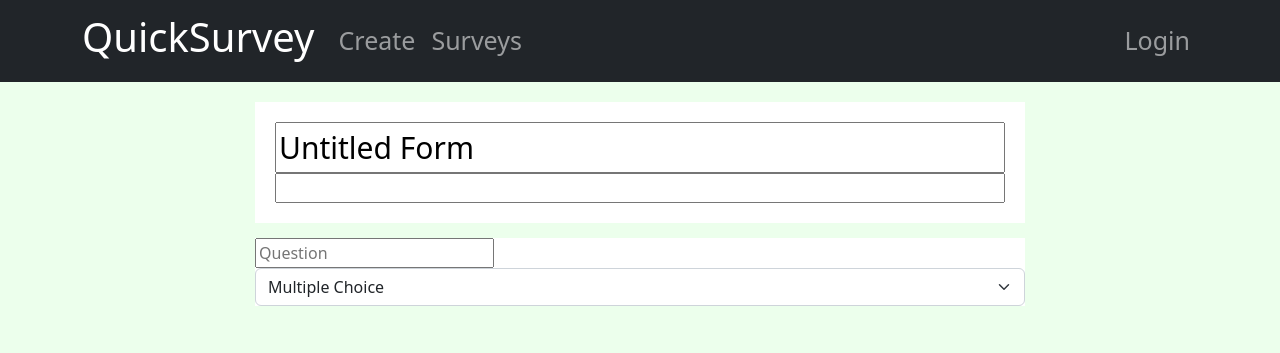
Repository: cakuang1/QuickSurveyReact
Page: /create (app in frontend/)
These files come from the project's save history. The page is drawn as it stood at one moment and after the next save; the edit follows.
The browser window is 1280 px wide. The pictures show the whole page.
The project was rebuilt for these pictures with package versions that can differ from the ones it lists, and the page was loaded fresh each time. Also part of the build but not shown: frontend/src/index.css, frontend/src/pages/home/home.js, frontend/src/pages/pastsurveys/pastsurveys.js, frontend/src/pages/login/login.js, frontend/src/pages/register/register.js.

Above is the page before, as saved 2022-07-29 03:31:48.

### frontend/src/App.js

import Navigation from './components/Nav/Nav';
import {BrowserRouter,Route,Routes} from "react-router-dom";
import Home from "./pages/home/home"
import Create from "./pages/create/create"
import CreatedSurveys from "./pages/pastsurveys/pastsurveys"
import LogRegi from "./pages/login/login"
import Register from "./pages/register/register"




function App() {
  return (
  <BrowserRouter>
    <Navigation/>
    <Routes>
      <Route path='/' element = {<Home/>}></Route>
      <Route path = 'create' element = {<Create/>}></Route>
      <Route path = 'created' element = {<CreatedSurveys/>}></Route>
      <Route path = 'login' element = {<LogRegi/>}></Route>
      <Route path = 'register' element = {<Register/>}></Route>
    </Routes>

  </BrowserRouter>

  );
}

export default App;

### frontend/src/components/Nav/Nav.js
import React,{useState} from "react";
import Nav from 'react-bootstrap/Nav';
import Navbar from 'react-bootstrap/Navbar';

import Container from 'react-bootstrap/Container';
import 'bootstrap/dist/css/bootstrap.min.css';
import {Link} from 'react-router-dom'
import "./nav.css"



export default function Navigation() {
  return (
    <Navbar collapseOnSelect expand="lg" bg="dark" variant="dark">
      <Container>
        <Navbar.Brand as={Link} to="/home">
          <h1>QuickSurvey</h1>
        </Navbar.Brand>
        <Navbar.Toggle aria-controls="responsive-navbar-nav" />
        <Navbar.Collapse id="responsive-navbar-nav">
          <Nav className="me-auto">
            <Nav.Link as={Link} to="/create">Create</Nav.Link>
            <Nav.Link as={Link} to="/created">Surveys</Nav.Link>

          </Nav>
          <Nav>
            <Nav.Link as={Link} to="/login">Login</Nav.Link>
          </Nav>
        </Navbar.Collapse>
      </Container>
    </Navbar>
  );
}

### frontend/src/pages/create/create.js
import React, { useState } from 'react'
import Form from 'react-bootstrap/Form';
import "./create.css"

function SelectBasicExample() {
  return (
    <Form.Select aria-label="Default select example">
      <option value="1">Multiple Choice</option>

    </Form.Select>
  );
}
function Question() {
  return (
  <div className='questioncontainer'>

    <input placeholder='Question'/>
    <SelectBasicExample/>



  </div>
  )



}


export default function Create(){
  const [questions,setQuestions] = useState(1)
  return (
    <div className='outsidecontainer'>
      <div className='titlecontainer'>
        <input className='formtitle' value = "Untitled Form" />
        <input className='formdescription'/>
      </div>
      <Question/>
    </div>
  )
}

### frontend/src/components/Nav/nav.css
.nav-link {
    font-size: 25px;

}

### frontend/src/pages/create/create.css
.titlecontainer {
    background-color: white;
    display: flex;
    flex-direction: column;
    padding: 20px;


}

.outsidecontainer {
    width: 770px;
    margin: auto;
    margin-top: 20px;

}

.questioncontainer {
    background-color: white;
    margin-top: 15px;

}

.formtitle {
    font-size: 30px;


}

### frontend/src/pages/login/login.css
.box {
width: 40vw;
min-width: 700px;
min-height: 480px;
border-radius: 10px;
background-color: #fff;
box-shadow: #6a839c33 0 8px 24px;
margin: 50px 10px;
display: flex;
flex-direction: column;
align-items: center;
}

.box2 {

    width: 40vw;
    min-width: 700px;
    min-height: 480px;
    border-radius: 10px;
    background-color: #fff;
    box-shadow: #6a839c33 0 8px 24px;
    margin: 50px 10px;
    display: flex;
    flex-direction: column;
    align-items: center;
    padding-bottom: 100px;



}

.description {
    margin-top: 20px;
    font-size: larger;

}
body {

    background-color: #ecffec;
}

.test {
    display: flex;
    width: 100vw;
    height: 100vh;
    flex-direction: column;
    align-items: center;
    justify-content: center;
    transition: background-color .2s;
}

.loginform {
    display: flex;
    flex-direction: column;
    width: 80%;
    margin-top: 50px;
    margin-bottom: 15px;
}

.loginform input {
    margin-bottom: 40px;
    padding: 18px 18px 18px 40px;
    font-family: GilroyRegular;
    border: 1px solid #c2f3c2;
    border-radius: 8px;
    color: var(--blue);
}

.loginform button {
    outline: none;
    border: none;
    padding: 17px;
    border-radius: 8px;
    font-family: GilroyRegular;

    background-color: #c2f3c2;
    transition: .2s;
    font-size: 20px;


}


.messages {

    width: 80%;
    height: 50px;
    margin: auto;
    text-align: center;
    font-size: 17px;
    font-weight: bold;
    vertical-align: middle;
    line-height: 50px;
}
.messagecontainer {
    width: 100%;
    height: 100px;
}

Loaded but not shown: frontend/public/index.html (common file); frontend/src/index.js (common file)

After the next save:
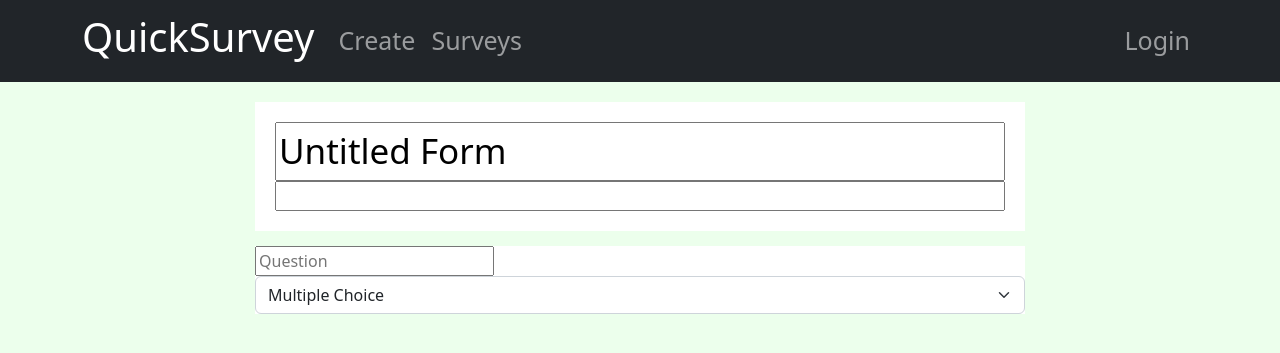
Saved 6 s later.
--- a/frontend/src/pages/create/create.css
+++ b/frontend/src/pages/create/create.css
@@ -21,7 +21,7 @@
 }
 
 .formtitle {
-    font-size: 30px;
+    font-size: 35px;
 
 
 }
